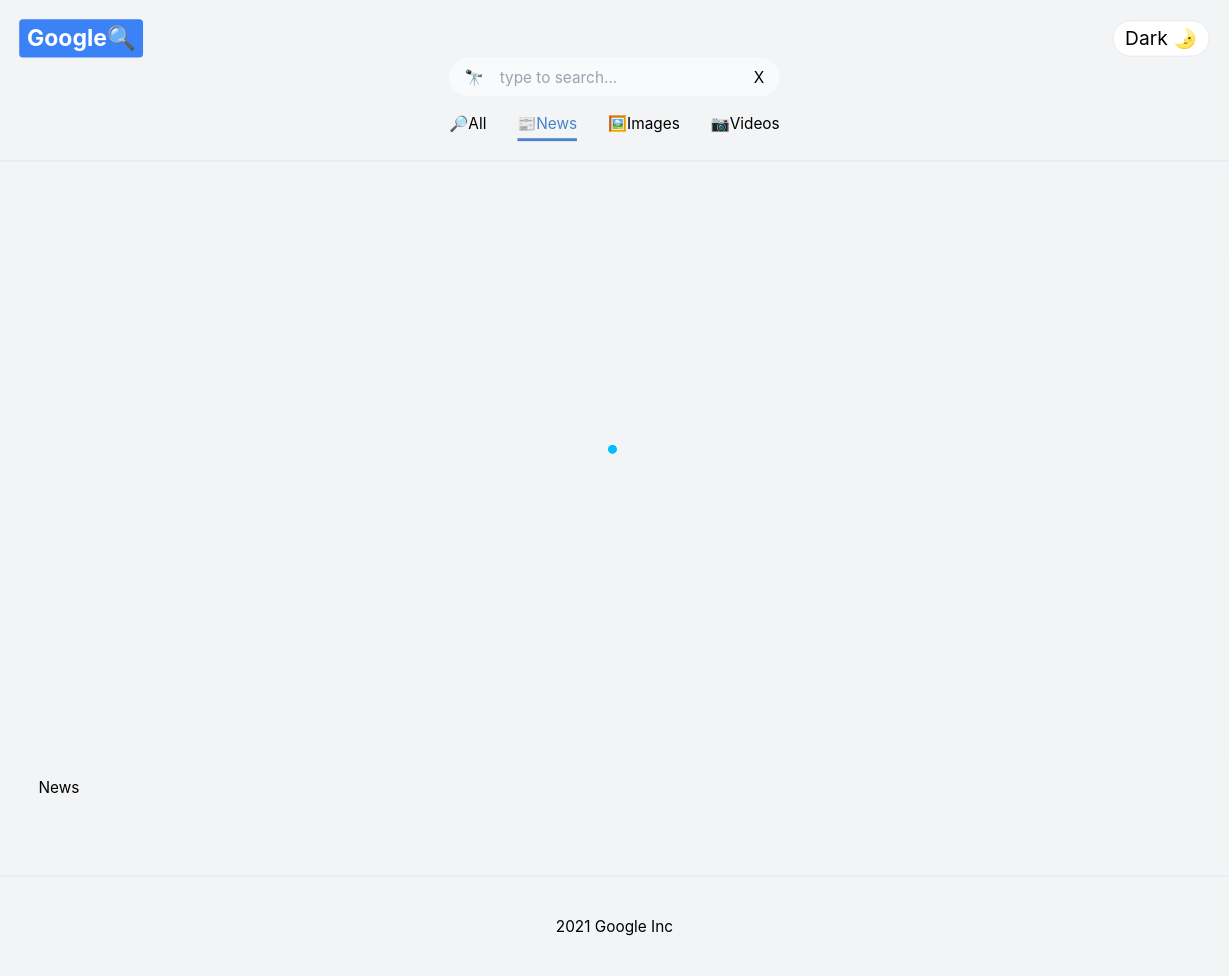
Repository: duck2913/google-search-clone
Page: /news
The author's editor kept a copy of each file at every save. The page is drawn from the files as they stood at one save, then again after the next save.
The browser window is 1280 px wide. The pictures show the whole page, at 96% of full size.
The page's requests for data from a server got no answer. The project was rebuilt for these pictures with package versions that can differ from the ones it lists, and the page was loaded fresh each time. No one was signed in, and anything a server would have sent is missing. Also part of the build but not shown: src/App.css, src/routes/Images.tsx, src/routes/Video.tsx, src/routes/Results.tsx.

Above is the page before, as saved 2022-05-25 21:57:43.

### src/index.tsx
import ReactDOM from "react-dom/client";
import "./index.css";
import App from "./App";
import { BrowserRouter, Route, Routes } from "react-router-dom";
import Images from "./routes/Images";
import Video from "./routes/Video";
import News from "./routes/News";
import ResultContextProvider from "./contexts/ResultContextProvider";
import Results from "./routes/Results";

const root = ReactDOM.createRoot(document.getElementById("root") as HTMLElement);
root.render(
	<ResultContextProvider>
		<BrowserRouter>
			<Routes>
				<Route path="/" element={<App />}>
					<Route path="/search" element={<Results />}></Route>
					<Route path="/images" element={<Images />}></Route>
					<Route path="/video" element={<Video />}></Route>
					<Route path="/news" element={<News />}></Route>
				</Route>
			</Routes>
		</BrowserRouter>
	</ResultContextProvider>,
);

### src/index.css
@tailwind base;
@tailwind components;
@tailwind utilities;

body {
	margin: 0;
	font-family: -apple-system, BlinkMacSystemFont, "Segoe UI", "Roboto", "Oxygen", "Ubuntu",
		"Cantarell", "Fira Sans", "Droid Sans", "Helvetica Neue", sans-serif;
	-webkit-font-smoothing: antialiased;
	-moz-osx-font-smoothing: grayscale;
}

code {
	font-family: source-code-pro, Menlo, Monaco, Consolas, "Courier New", monospace;
}

### src/App.tsx
import { useContext, useState } from "react";
import Navbar from "./components/Navbar";
import Footer from "./components/Footer";
import { Outlet } from "react-router-dom";
import "./App.css";
import { ResultContext } from "./contexts/ResultContextProvider";
import Loading from "./components/Loading";
const App = () => {
	const [darkTheme, setDarkTheme] = useState<boolean>(false);
	const { results, isLoading } = useContext(ResultContext);

	return (
		<div className={darkTheme ? "dark" : ""}>
			<div className="bg-gray-100 dark:bg-slate-900 dark:text-gray-200 min-h-screen">
				<Navbar setDarkTheme={setDarkTheme} darkTheme={darkTheme} />
				{!results && !isLoading && (
					<div className="h-96 flex items-center justify-center">
						Try to search for anything...
					</div>
				)}
				{isLoading && <Loading />}
				<Outlet />
				<Footer />
			</div>
		</div>
	);
};

export default App;

### src/routes/News.tsx
import { useContext, useEffect } from "react";
import { ResultContext } from "../contexts/ResultContextProvider";

const News = () => {
	const { searchTerm, getResults, results } = useContext(ResultContext);
	useEffect(() => {
		getResults("/news", searchTerm);
	}, []);
	return <div className="grid grid-cols-2 p-10">News</div>;
};

export default News;

### src/contexts/ResultContextProvider.jsx
import { createContext, useState } from "react";
const baseUrl = "https://google-search3.p.rapidapi.com/api/v1";

export const ResultContext = createContext(null);

function ResultContextProvider({ children }) {
	const [results, setResults] = useState();
	const [isLoading, setIsLoading] = useState(false);
	const [searchTerm, setSearchTerm] = useState("");

	async function getResults(type, searchTerm) {
		setIsLoading(true);
		const res = await fetch(`${baseUrl}${type}/q=${searchTerm}`, {
			method: "GET",
			headers: {
				"X-User-Agent": "desktop",
				"X-Proxy-Location": "EU",
				"X-RapidAPI-Host": "google-search3.p.rapidapi.com",
				"X-RapidAPI-Key": "e5a0e50ddbmsh09d456ae545928ap1e085fjsn4cf30a7b8d04",
			},
		});
		const data = await res.json();
		console.log("🚀 -> data", data);
		setResults(data);
		setIsLoading(false);
	}

	const ctx = {
		results: results,
		isLoading: isLoading,
		searchTerm: searchTerm,
		getResults: getResults,
		setSearchTerm,
	};

	return <ResultContext.Provider value={ctx}>{children}</ResultContext.Provider>;
}

export default ResultContextProvider;

### src/components/Navbar.tsx
import { Link } from "react-router-dom";
import Search from "./Search";

interface Props {
	darkTheme: boolean;
	setDarkTheme: React.Dispatch<React.SetStateAction<boolean>>;
}

const Navbar = ({ setDarkTheme, darkTheme }: Props) => {
	return (
		<div className="p-5 flex flex-wrap justify-center items-center border-b dark:border-gray-700">
			<div className="flex justify-between items-center space-x-5 w-screen">
				<Link to="/">
					<p className="text-2xl bg-blue-500 font-bold text-white py-1 px-2 rounded dark:bg-gray-500 dark:text-white-500">
						Google🔍
					</p>
				</Link>
				<button
					className="text-xl dark:bg-gray-50 bg-white border rounded-full px-3 py-1 dark:text-slate-800"
					onClick={() => {
						setDarkTheme((curTheme) => !curTheme);
					}}
				>
					{darkTheme ? "Light 💡" : "Dark 🌛"}
				</button>
			</div>
			<Search />
		</div>
	);
};
export default Navbar;

### src/components/Footer.tsx
const Footer = () => {
	return (
		<div className="text-center p-10 mt-10 border-t dark:border-gray-700 border-gray-200">
			<h1>2021 Google Inc</h1>
		</div>
	);
};

export default Footer;

### src/components/Loading.tsx
import { Puff } from "react-loader-spinner";

const Loading = () => {
	return (
		<div className="flex justify-center items-center">
			<Puff color="#00bfff" height={600} width={100} />
			&nbsp;
		</div>
	);
};

export default Loading;

### src/Components/Search.tsx
import { NavLink } from "react-router-dom";
import { FormEvent, useContext } from "react";
import { ResultContext } from "../contexts/ResultContextProvider";
import { useNavigate } from "react-router-dom";

const Search = () => {
	const navigate = useNavigate();
	const ctx = useContext(ResultContext);

	function inputChangeHandler(event) {
		ctx.setSearchTerm(event.target.value);
	}

	function submitHandler(event: FormEvent) {
		event.preventDefault();
		ctx.getResults("/search", ctx.searchTerm);
		navigate("/search");
		ctx.setSearchTerm("");
	}

	const activeStyle = {
		color: "#4982cc",
		borderBottom: "3px solid #4982cc",
		paddingBottom: "4px",
	};
	return (
		<form className="wrapper flex flex-col" onSubmit={submitHandler}>
			<div className="search-bar bg-gray-50 flex items-center rounded-3xl px-4 py-2 gap-2 justify-between dark:text-gray-700 ">
				<p>🔭</p>
				<input
					type="text"
					className="bg-gray-50 focus:outline-none"
					placeholder="type to search..."
					onChange={inputChangeHandler}
					value={ctx.searchTerm}
				/>
				<button>X</button>
			</div>
			<div className="nav-links flex gap-8 mt-4">
				<NavLink
					to="/search"
					style={({ isActive }) => (isActive ? activeStyle : undefined)}
				>
					🔎All
				</NavLink>
				<NavLink to="/news" style={({ isActive }) => (isActive ? activeStyle : undefined)}>
					📰News
				</NavLink>
				<NavLink
					to="/images"
					style={({ isActive }) => (isActive ? activeStyle : undefined)}
				>
					🖼️Images
				</NavLink>
				<NavLink to="/video" style={({ isActive }) => (isActive ? activeStyle : undefined)}>
					📷Videos
				</NavLink>
			</div>
		</form>
	);
};

export default Search;

### tailwind.config.js
module.exports = {
	content: ["./src/**/*.{js,jsx,ts,tsx}"],
	theme: {
		extend: {},
	},
	darkMode: "class",
	plugins: [],
};

Loaded but not shown: public/index.html (common file)

After the next save:
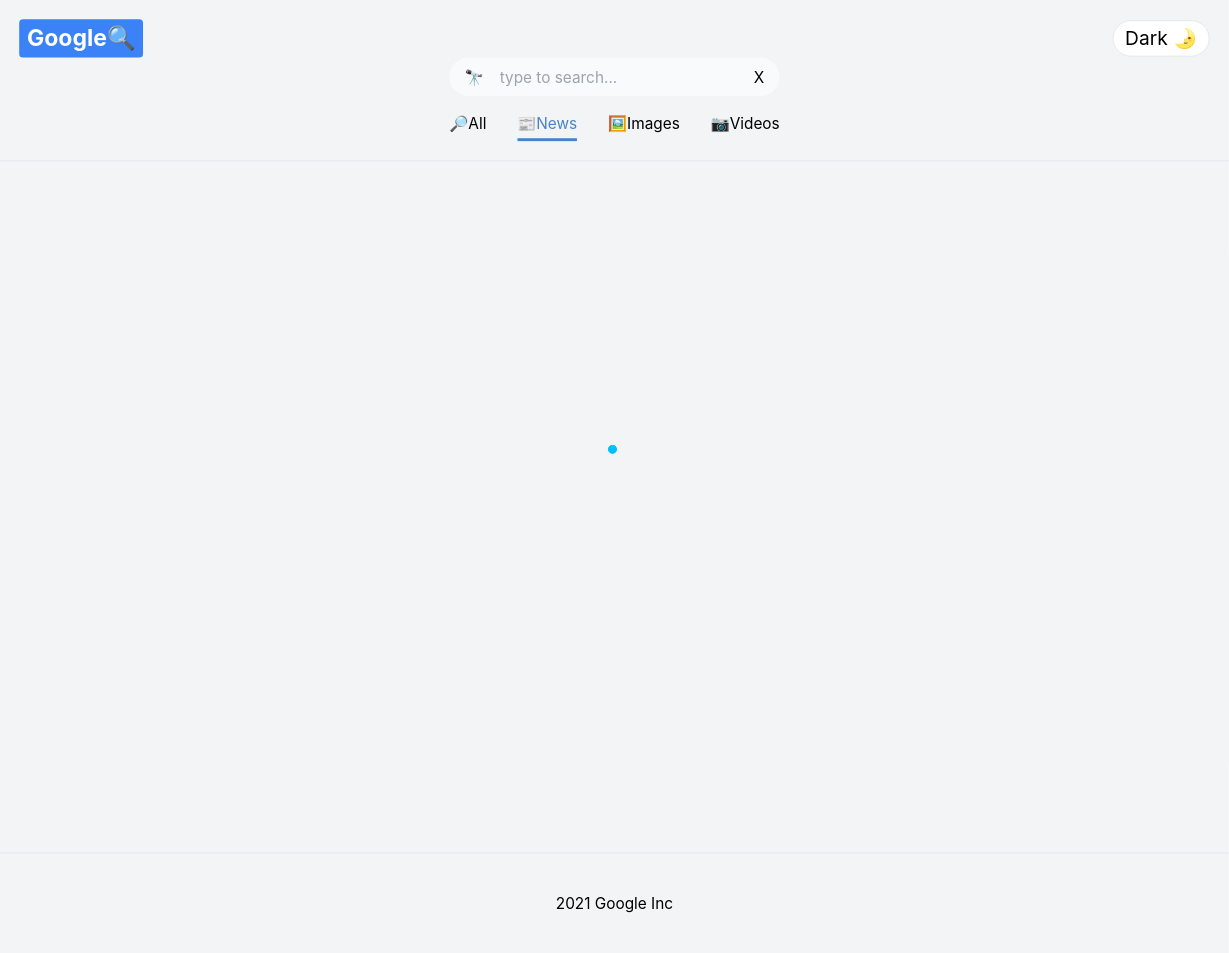
Saved 17 s later.
--- a/src/routes/News.tsx
+++ b/src/routes/News.tsx
@@ -6,7 +6,9 @@
 	useEffect(() => {
 		getResults("/news", searchTerm);
 	}, []);
-	return <div className="grid grid-cols-2 p-10">News</div>;
+    return <div className="grid grid-cols-2 p-10">
+        {results?.entries}
+    </div>;
 };
 
 export default News;
